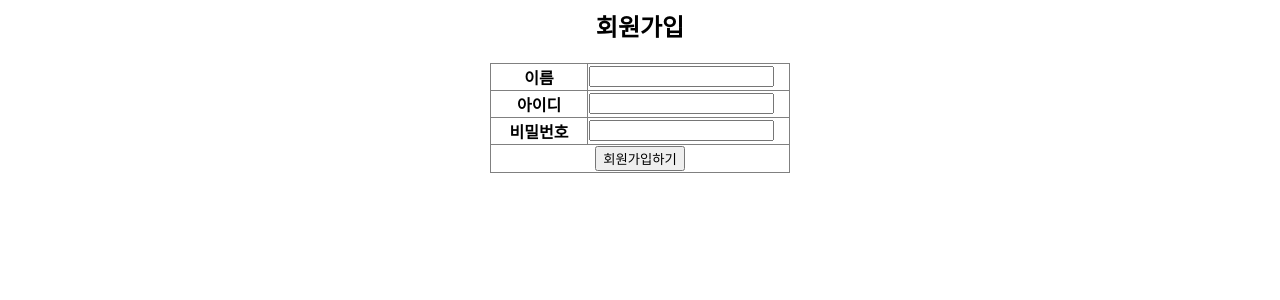
Repository: kwonminsung0/jspStudy
Page: http://localhost/jspStudy/login/new_member.jsp
The author's editor kept a copy of each file at every save. The page is drawn from the files as they stood at one save, then again after the next save.
The browser window is 1280 px wide. The pictures show the whole page.
The page is served by Tomcat 9. Other server files are loaded and not shown.

Above is the page before, as saved 2024-12-09 02:49:05.

### jspStudy/src/main/webapp/login/new_member.jsp
<%@ page language="java" contentType="text/html; charset=UTF-8"
	pageEncoding="UTF-8"%>

<html>
<head>
<title>회원가입</title>
<style>
#my_table {
	margin: 0 auto;
	border-collapse: collapse;
}
</style>
</head>
<body>

	<h2 align="center">회원가입</h2>

	<form method="post" action="new_member_db.jsp">
		<table border="1" width="300" id="my_table">
			<tr>
				<th width="100">이름</th>
				<td width="200"><input type="text" name="name" required></td>
			</tr>
			<tr>
				<th width="100">아이디</th>
				<td width="200"><input type="text" name="id" required></td>
			</tr>
			<tr>
				<th width="100">비밀번호</th>
				<td width="200"><input type="password" name="pass" required></td>
			</tr>
			<tr>
				<td colspan="2" align="center"><input type="submit"
					value="회원가입하기"></td>
			</tr>
		</table>
	</form>

</body>
</html>

After the next save:
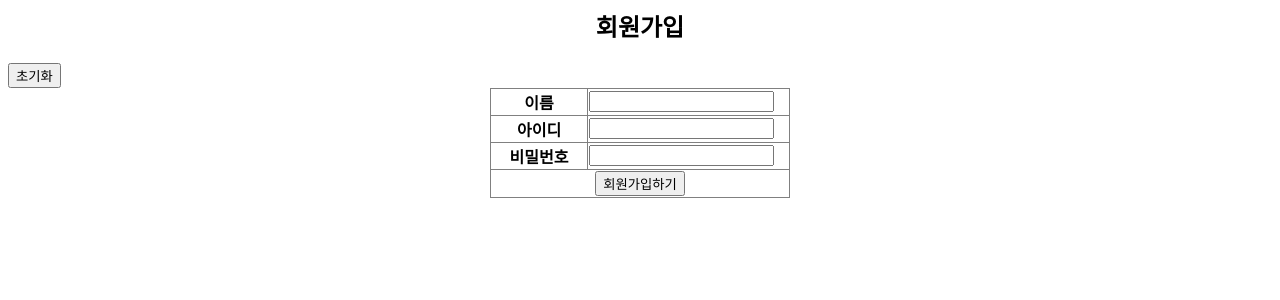
Saved 57 s later.
--- a/jspStudy/src/main/webapp/login/new_member.jsp
+++ b/jspStudy/src/main/webapp/login/new_member.jsp
@@ -30,8 +30,9 @@
 				<td width="200"><input type="password" name="pass" required></td>
 			</tr>
 			<tr>
-				<td colspan="2" align="center"><input type="submit"
-					value="회원가입하기"></td>
+				<td colspan="2" align="center">
+					<input type="submit" value="회원가입하기"></td>
+					<input type="reset" value="초기화"></td>
 			</tr>
 		</table>
 	</form>
